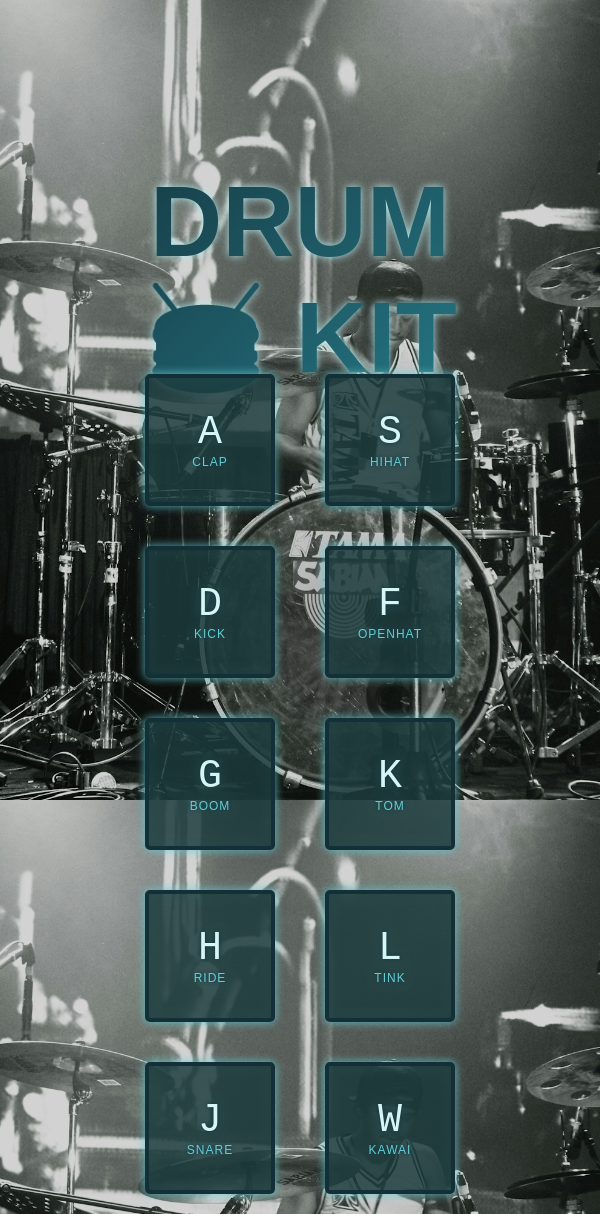
Repository: Freezler/drumkitJS
Page: index.html
An editor plug-in stored every save of this project. The page is shown before and after the next save, followed by the edit.
The browser window is 600 px wide. The pictures show the whole page.
Backgrounds fixed to the window are drawn as part of the page.

Above is the page before, as saved 2024-08-24 10:52:24.
Console error: ReferenceError: key is not defined

### index.html
<!DOCTYPE html>
<html lang="en">

<head>
  <meta charset="UTF-8">
  <title>JS Drum Kit</title>
  <link rel="stylesheet" href="style.css">
  <link rel="icon" href="https://fav.farm/🔥" />
</head>

<body>
  <main>

    <h1>Drum 🥁 Kit</h1>

    <div class="keys">
      <div data-key="65" class="key">
        <kbd>A</kbd>
        <span class="sound">clap</span>
      </div>
      <div data-key="83" class="key">
        <kbd>S</kbd>
        <span class="sound">hihat</span>
      </div>
      <div data-key="68" class="key">
        <kbd>D</kbd>
        <span class="sound">kick</span>
      </div>
      <div data-key="70" class="key">
        <kbd>F</kbd>
        <span class="sound">openhat</span>
      </div>
      <div data-key="71" class="key">
        <kbd>G</kbd>
        <span class="sound">boom</span>
      </div>
      <div data-key="72" class="key">
        <kbd>H</kbd>
        <span class="sound">ride</span>
      </div>
      <div data-key="74" class="key">
        <kbd>J</kbd>
        <span class="sound">snare</span>
      </div>
      <div data-key="75" class="key">
        <kbd>K</kbd>
        <span class="sound">tom</span>
      </div>
      <div data-key="76" class="key">
        <kbd>L</kbd>
        <span class="sound">tink</span>
      </div>
      <div data-key="87" class="key">
        <kbd>W</kbd>
        <span class="sound">kawai</span>
      </div>
    </div>
  </main>

  <audio data-key="65" src="sounds/clap.wav"></audio>
  <audio data-key="83" src="sounds/hihat.wav"></audio>
  <audio data-key="68" src="sounds/kick.wav"></audio>
  <audio data-key="70" src="sounds/openhat.wav"></audio>
  <audio data-key="71" src="sounds/boom.wav"></audio>
  <audio data-key="72" src="sounds/ride.wav"></audio>
  <audio data-key="74" src="sounds/snare.wav"></audio>
  <audio data-key="75" src="sounds/tom.wav"></audio>
  <audio data-key="76" src="sounds/tink.wav"></audio>
  <audio data-key="87" src="sounds/kawai.wav"></audio>


  <script>
    function removeTransition(event) {
      const { propertyName } = event;
      if (propertyName !== 'transform') return;
      event.target.classList.remove('playing');
    }

    function playSound(event) {
      const keyCode = event.type === 'keydown' ? event.keyCode : this.getAttribute('data-key');
      const audio = document.querySelector(`audio[data-key="${keyCode}"]`);
      const key = document.querySelector(`.key[data-key="${keyCode}"]`);
      if (!audio) return;
      key.classList.add('playing');
      audio.currentTime = 0;
      audio.play();
    }

    window.addEventListener('keydown', playSound);

    const keys = document.querySelectorAll('.key');
    keys.forEach(key => {
      key.addEventListener('transitionend', removeTransition);
      key.addEventListener('click', playSound);
    });
    key.addEventListener('touchstart', function (event) {
      event.preventDefault();  // Prevent default touch behavior
      playSound.call(this, event);
    });
  </script>


</body>

</html>

### style.css
:root {
  --000: #f0fbfa;
  --100: #d8f5f5;
  --200: #b5eaec;
  --300: #63cfd5;
  --400: #48bfc8;
  --500: #2da2ad;
  --600: #288492;
  --700: #266b78;
  --800: #275963;
  --900: #254a54;
  --950: #133039;
}

html {
  font-size: 10px;
  background: url('./background2.jpg') bottom center;
  background-color: var(--600);
  background-size: cover;
  background-attachment: fixed;
  background-position: center center;
  background-repeat: no-repeat;
  max-height: 100vh;
  user-select: none;
}

body,
html {
  margin: 0;
  padding: 0;
  font-family: sans-serif;
}

h1 {
  padding-inline: 2rem;
  text-align: center;
  color: white;
  background-image: linear-gradient(135deg, var(--950) 0%, var(--600) 100%);
  filter: drop-shadow(0 0 4px var(--200));
  text-shadow: #080d0d 2px 2px 12px 22px;
  color: transparent;
  background-clip: text;
  -webkit-background-clip: text;
  text-transform: uppercase;
  font-size: 10rem;

  text-wrap: balance;
}

main {
  place-self: center;
  display: grid;
  place-items: center;
  height: 100vh;
  place-content: center;
  text-align: center;
  width: 100vw;
  transition: all 0.07s;
}

.keys {
  display: grid;
  grid-row: auto;
  grid-template-columns: repeat(2, 1fr);
  width: fit-content;
  min-width: 60vw;
  min-height:80vh;
  width: fit-content;
  text-align: center;
  transition: all 0.03s;
  place-items: center;

  .key[data-key="87"] {
    place-content: center;
    grid-column: 2;
    grid-row: 4;
  }

}

.key {
  border: .4rem solid var(--950);
  border-radius: .5rem;
  margin: 2rem;
  font-size: 48px;
  padding: .2rem .125rem;
  transition: all .07s ease;

  width: 12rem;
  height: 12rem;
  display: grid;
  place-items: center;
  place-content: center;

  text-align: center;
  color: var(--100);
  filter: drop-shadow(0 0 .5rem var(--300));
  text-shadow: 0 0 .5rem var(--950);
  background: #01010199;
}

@media screen and (min-width: 1000px) {
  .keys {
    grid-template-columns: repeat(4, 1fr);
    .key[data-key="87"] {
      place-content: center;
      grid-column: 2;
      grid-row: 3;
    }
    .key[data-key="76"] {
      place-content: center;
      grid-column: 3;
      grid-row: 3;
    }
    .key[data-key="75"] {
      place-content: center;
      grid-column: 4;
      grid-row: 2;
    }


  }

}


@media screen and (max-width: 960px) {
  .keys {
    grid-template-columns: repeat(3, 1fr);
    /* Wrap into 3 columns on medium screens */
    .key[data-key="87"] {
      place-content: center;
      grid-column: 2;
      grid-row: 5
    }
  }
}

@media screen and (max-width: 720px) {
  main{
    padding-block: 20rem;
    min-height: 80vh;
    width: 100%;
  }
  .keys {
    grid-template-columns: repeat(2, 1fr);
    /* Wrap into 2 columns on small screens */

  }
  .key[data-key="87"] {
    place-content: center;
    grid-column: 2;
    grid-row: 5
  }
  .key[data-key="76"] {
    place-content: center;
    grid-column: 2;
    grid-row: 4;
  }
  .key[data-key="75"] {
    place-content: center;
    grid-column: 2;
    grid-row: 3;
  }
}

@media screen and (max-width: 360px) {
  .keys {
    grid-template-columns: repeat(1, 1fr);
    /* Wrap into 1 column on small screens */
    min-height: 80vh;
  }

  .key[data-key="87"] {
    place-content: center;
    grid-column: 2;
    grid-row: 3;
  }
  .key[data-key="76"] {
    place-content: center;
    grid-column: 3;
    grid-row: 3;
  }
  .key[data-key="75"] {
    place-content: center;
    grid-column: 4;
    grid-row: 2;
  }
}



.playing {
  transform: scale(1.1);
  border-color: var(--400);
  box-shadow: 0 0px 1git 4px 0px var(--300);
}

kbd {
  display: block;
  font-size: 4rem;
}

.sound {
  font-size: 1.2rem;
  text-transform: uppercase;
  letter-spacing: .1rem;
  color: var(--300);
}

After the next save:
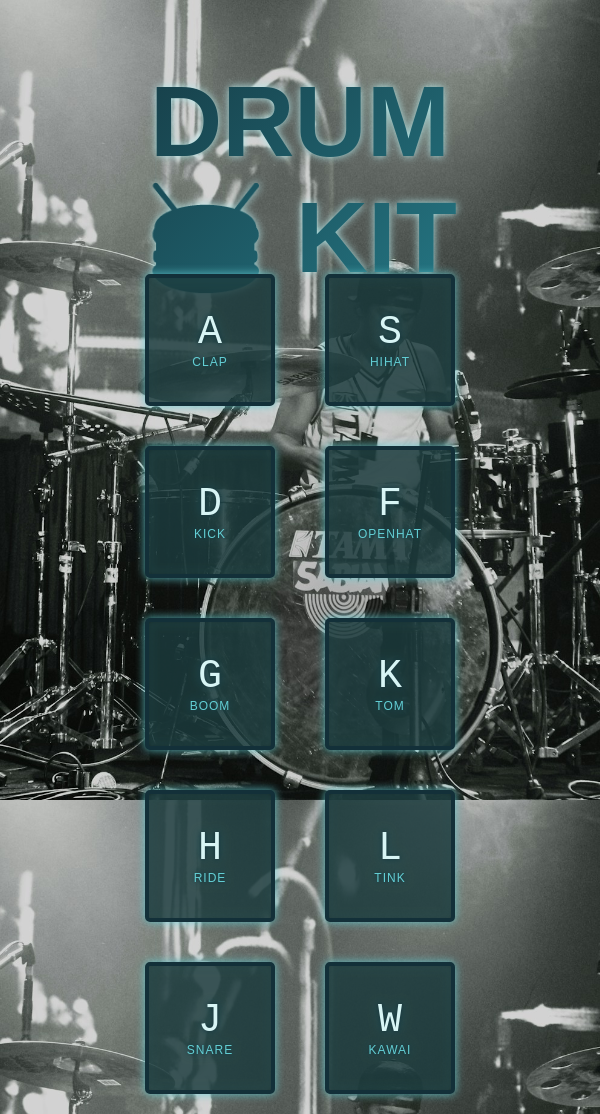
Saved 9 s later.
--- a/style.css
+++ b/style.css
@@ -138,7 +138,7 @@
 
 @media screen and (max-width: 720px) {
   main{
-    padding-block: 20rem;
+    padding-block: 10rem;
     min-height: 80vh;
     width: 100%;
   }
